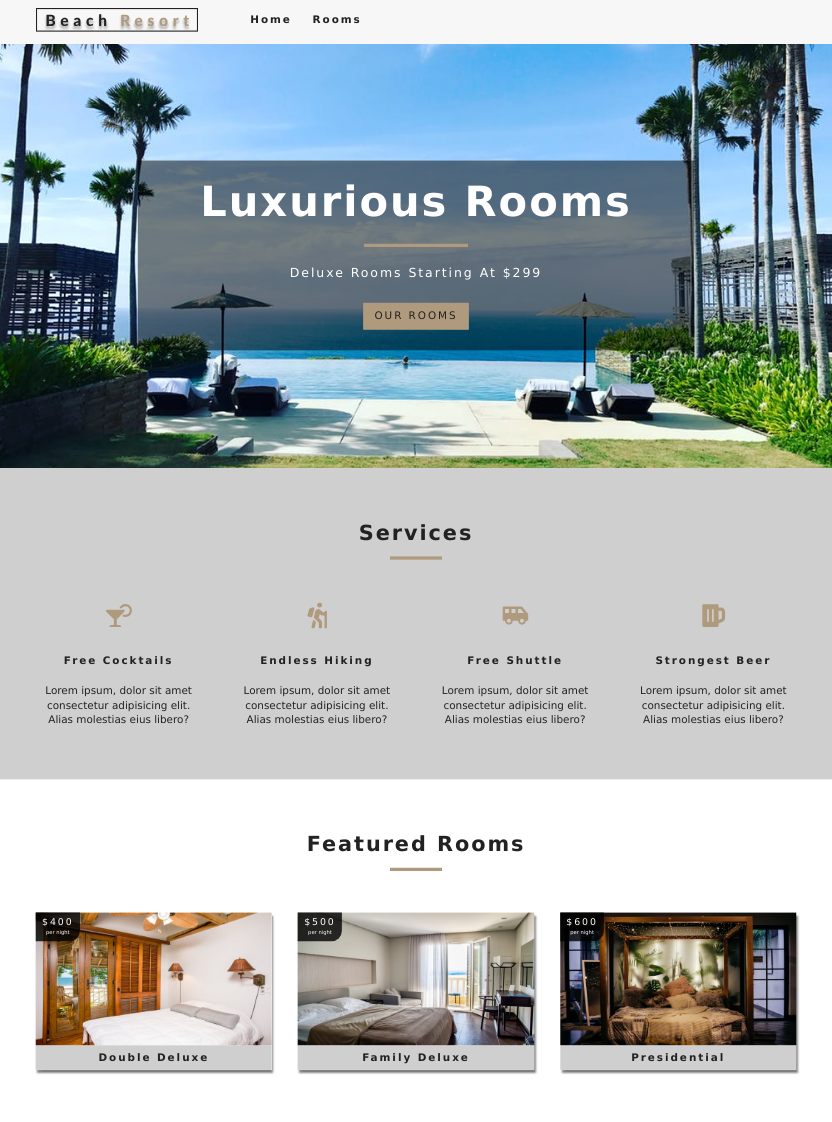
Repository: sanchit01garg/react-beachResort
Page: /
An editor plug-in stored every save of this project. The page is shown before and after the next save, followed by the edit.
The browser window is 1280 px wide. The pictures show the whole page, at 65% of full size.
The project was rebuilt for these pictures with package versions that can differ from the ones it lists, and the page was loaded fresh each time. Also part of the build but not shown: src/pages/Error.js, src/pages/Rooms.js, src/pages/SingleRoom.js.

Above is the page before, as saved 2021-01-08 00:41:25.

After the next save:
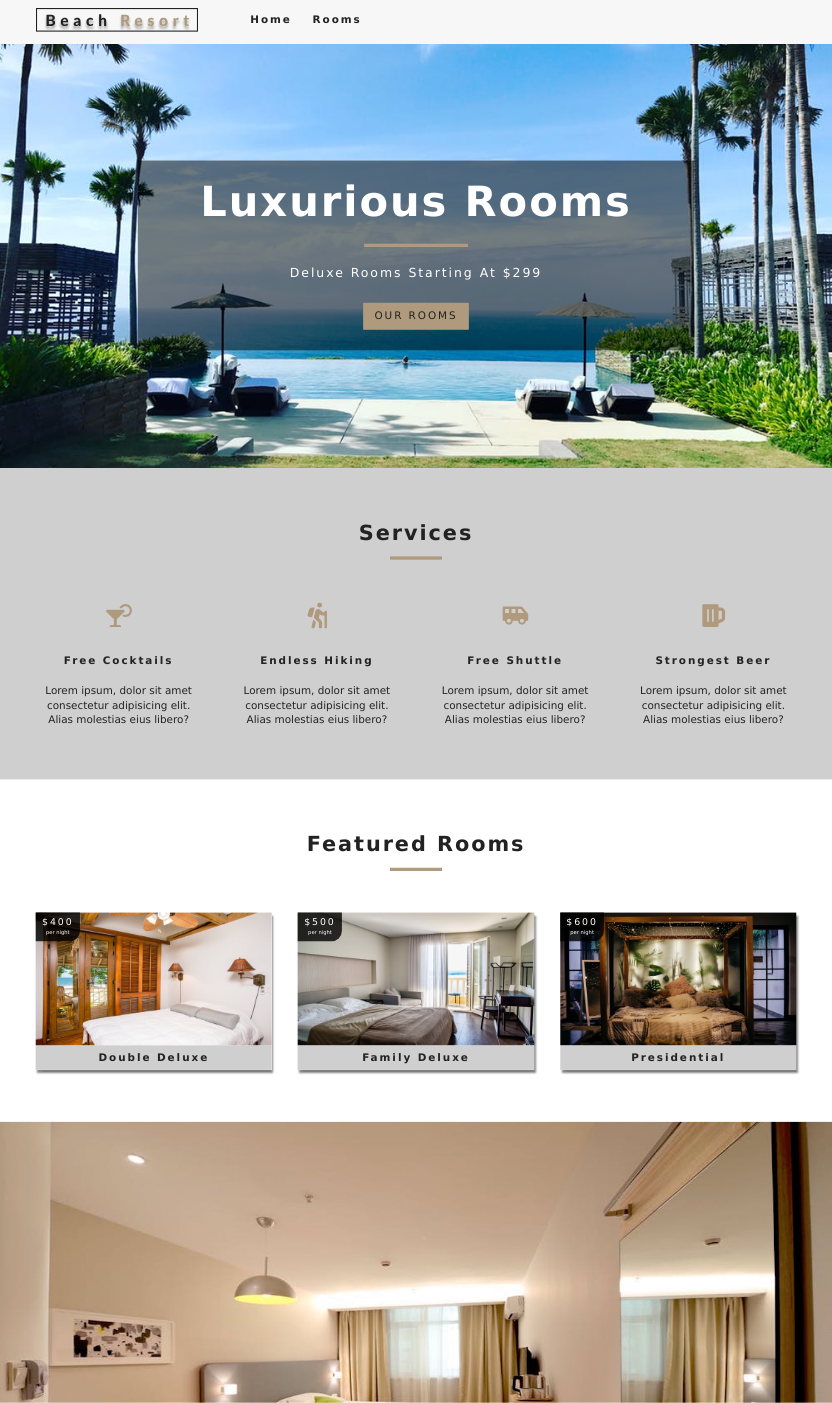
Saved 119 s later.
--- a/src/pages/Home.js
+++ b/src/pages/Home.js
@@ -4,6 +4,7 @@
 import Banner from "../components/Banner";
 import Services from "../components/Services";
 import FeaturedRooms from "../components/FeaturedRooms";
+import StyledHero from "../components/StyledHero";
 
 export default function Home() {
   return (
@@ -20,6 +21,7 @@
       </Hero>
       <Services />
       <FeaturedRooms />
+      <StyledHero></StyledHero>
     </>
   );
 }

After the save that followed:
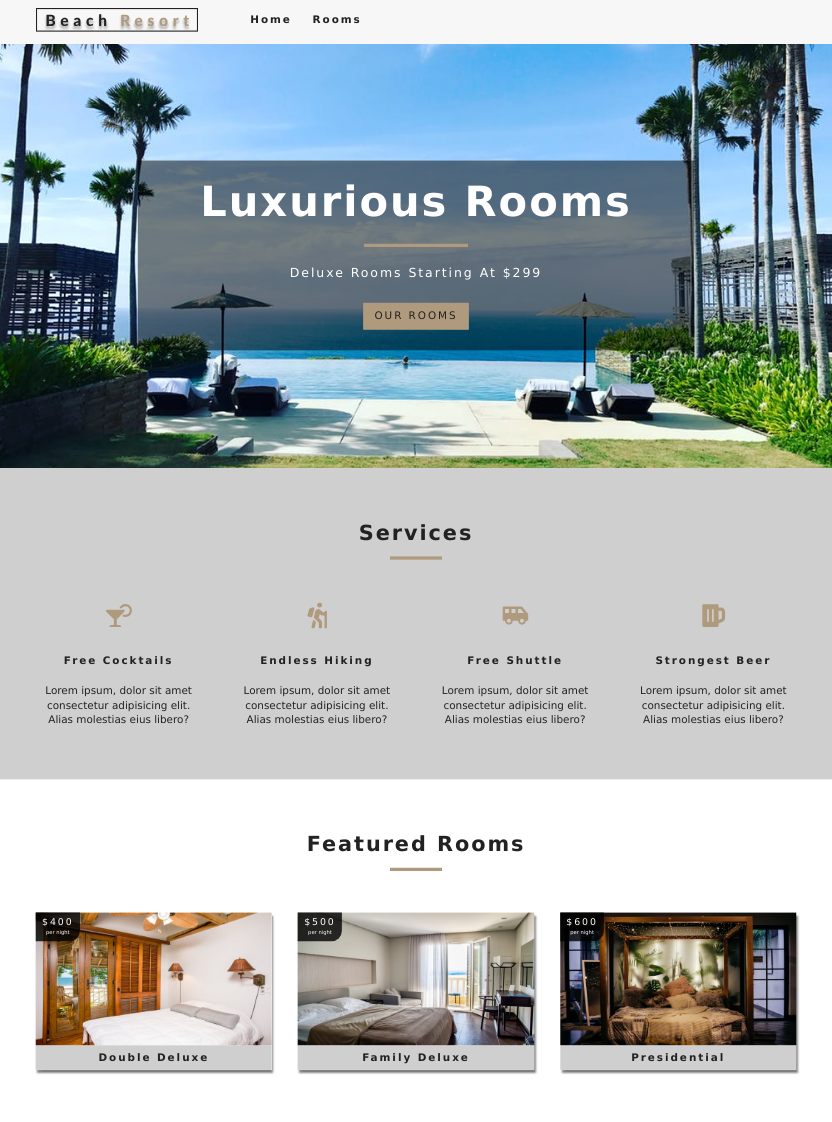
Saved 25 s later.
--- a/src/pages/Home.js
+++ b/src/pages/Home.js
@@ -4,7 +4,6 @@
 import Banner from "../components/Banner";
 import Services from "../components/Services";
 import FeaturedRooms from "../components/FeaturedRooms";
-import StyledHero from "../components/StyledHero";
 
 export default function Home() {
   return (
@@ -21,7 +20,6 @@
       </Hero>
       <Services />
       <FeaturedRooms />
-      <StyledHero></StyledHero>
     </>
   );
 }
